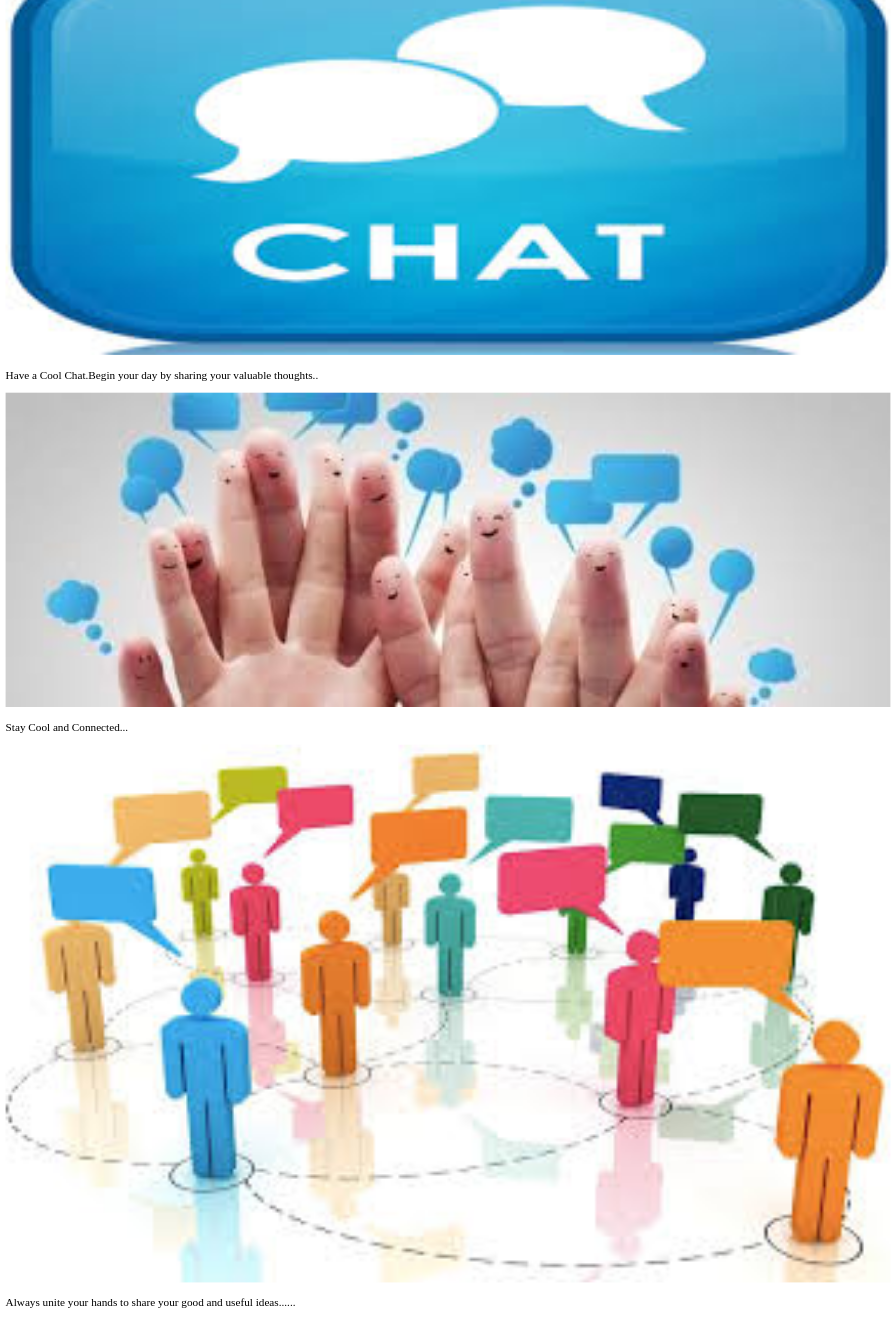
Repository: Abinayasivapraba/ChatProject
Page: FireChat/WebContent/Home/Home.html
The author's editor kept a copy of each file at every save. The page is drawn from the files as they stood at one save, then again after the next save.
The browser window is 1280 px wide. The pictures show the part of the page from y = 2740 to 4660 px (the page is 4626 px tall before and 4660 px after), at 70% of full size.

Above is the page before, as saved 2017-08-13 06:04:34.

### FireChat/WebContent/Home/Home.html
<!DOCTYPE html>
<html>
<head>
<meta charset="ISO-8859-1">
<title>ChatZone</title>
</head>
<body>
<div class="container">
    <div id="container" class="row">
		<div class="col-md-4 mix category-a">
		    <div class="single-portfolio">
				<img src="resources/chat1.jpg" alt="Students" style="width:100%;">
                <p>You can start your own live chat..Stay Connected</p>
	    </div>
		</div>

		<div id="container" class="row">
		<div class="col-md-4 mix category-a">
		    <div class="single-portfolio">
				<img src="resources/chat2.png" alt="Students" style="width:100%;">
                <p>Share your valuable ideas in the group..</p>
	    </div>
		</div>


		<div class="col-md-4 mix category-a">
		    <div class="single-portfolio">
				<img src="resources/chat3.jpg" alt="Students" style="width:100%;">
                <p>Have a Cool Chat.Begin your day by sharing your valuable thoughts..</p>
	    </div>
		</div>


		<div class="col-md-4 mix category-a">
		    <div class="single-portfolio">
				<img src="resources/chat7.jpg" alt="Students" style="width:100%;">
                <p>Stay Cool and Connected...</p>
	    </div>
		</div>



		<div class="col-md-4 mix category-a">
		    <div class="single-portfolio">
				<img src="resources/chat5.jpg" alt="Students" style="width:100%;">
                <p>Always unite your hands to share your good and useful ideas......</p>
	    </div>
		</div>



			</div>
	</div>
	</div>

</body>
</html>

After the next save:
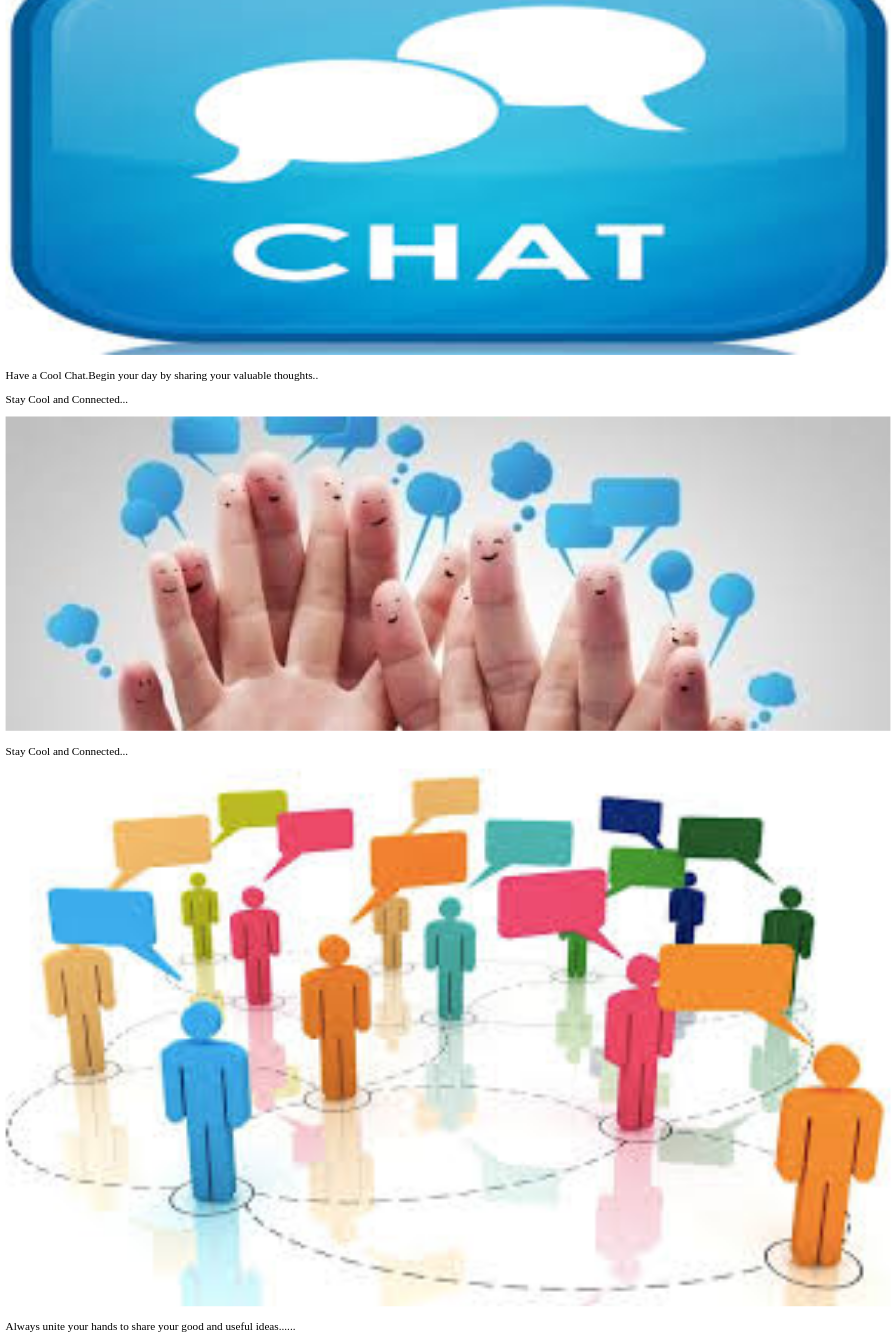
Saved 36 s later.
--- a/FireChat/WebContent/Home/Home.html
+++ b/FireChat/WebContent/Home/Home.html
@@ -33,6 +33,7 @@
 
 		<div class="col-md-4 mix category-a">
 		    <div class="single-portfolio">
+		    <p>Stay Cool and Connected...</p>
 				<img src="resources/chat7.jpg" alt="Students" style="width:100%;">
                 <p>Stay Cool and Connected...</p>
 	    </div>
